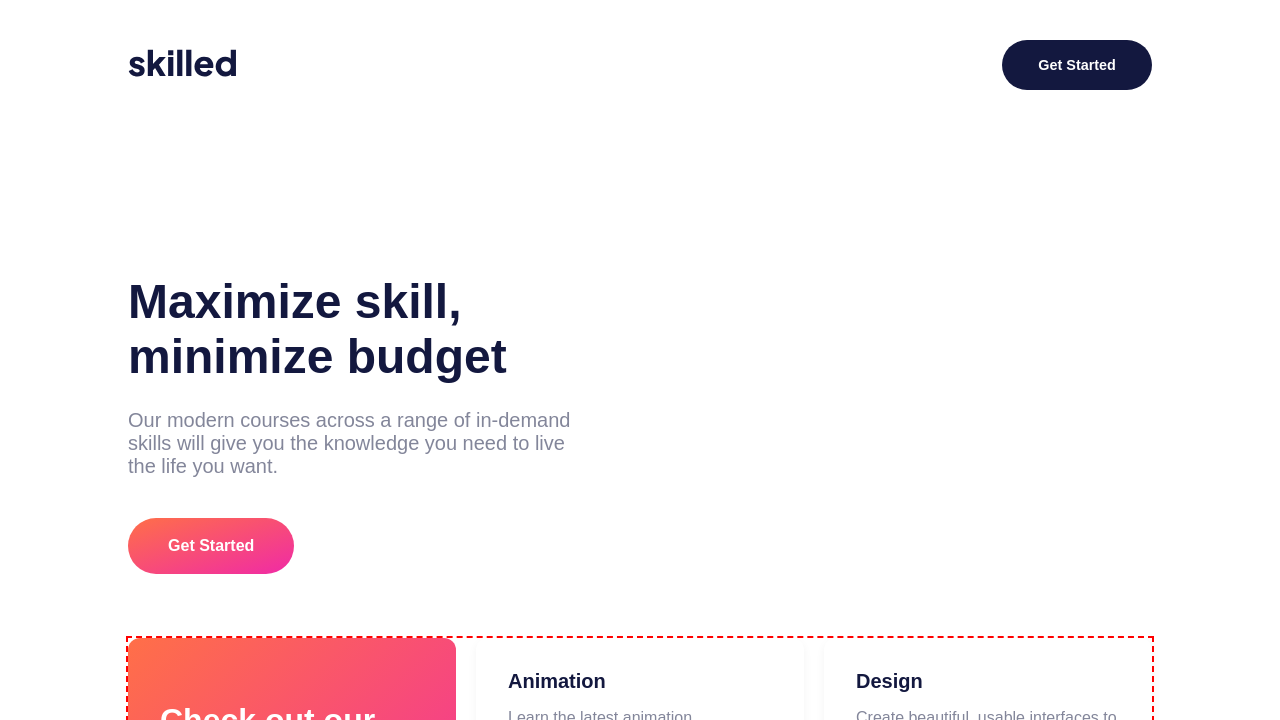
Repository: exe-walt/E-Learning-Landing-Page
Page: index.html
These files come from the project's save history. The page is drawn as it stood at one moment and after the next save; the edit follows.
The browser window is 1280 px wide. The pictures show the whole page.
An inner scrolling area shows only its first screen. Some web fonts or font styles are not loaded; a fallback is used.

Above is the page before, as saved 2025-05-29 13:25:02.

After the next save:
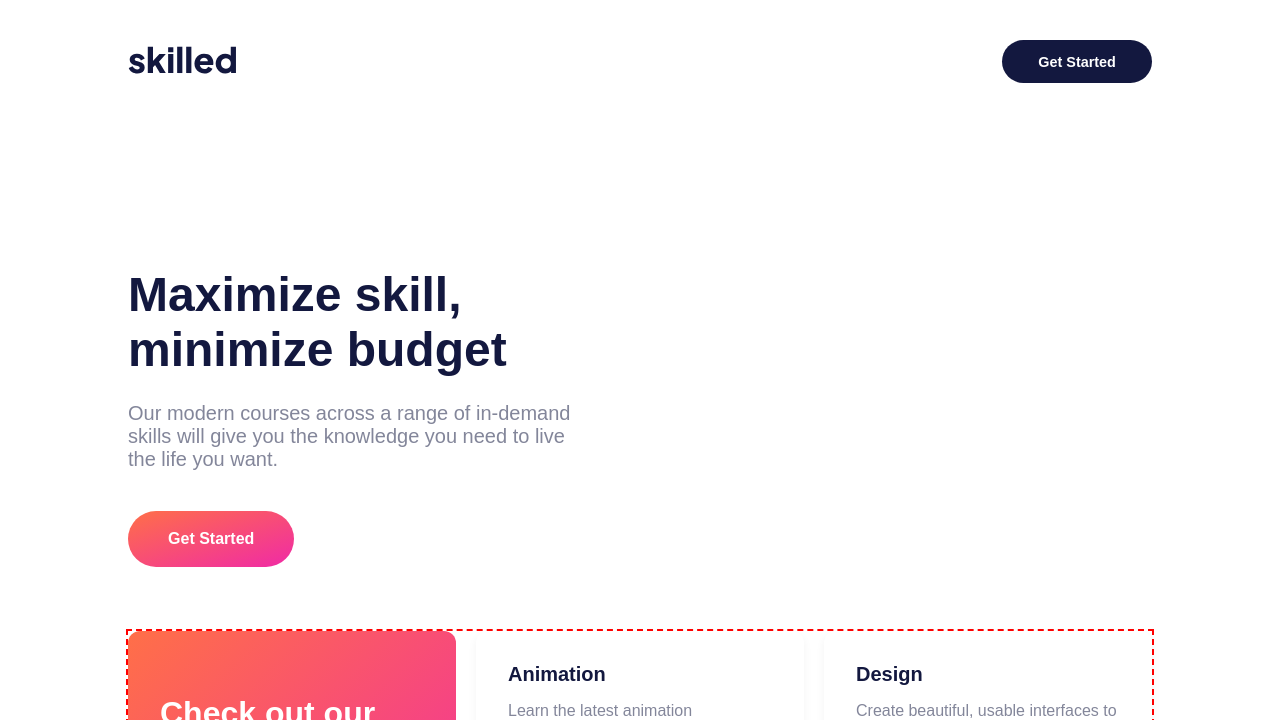
Saved 21 s later.
--- a/css/style.css
+++ b/css/style.css
@@ -54,7 +54,7 @@ html, body {
   background-color: #13183f;
   color: white;
   width: 10.4em;
-  height: 3.5em;
+  height: 3em;
   border: none;
   border-radius: 1.8em;
   padding: 0.6rem 1.5rem;
